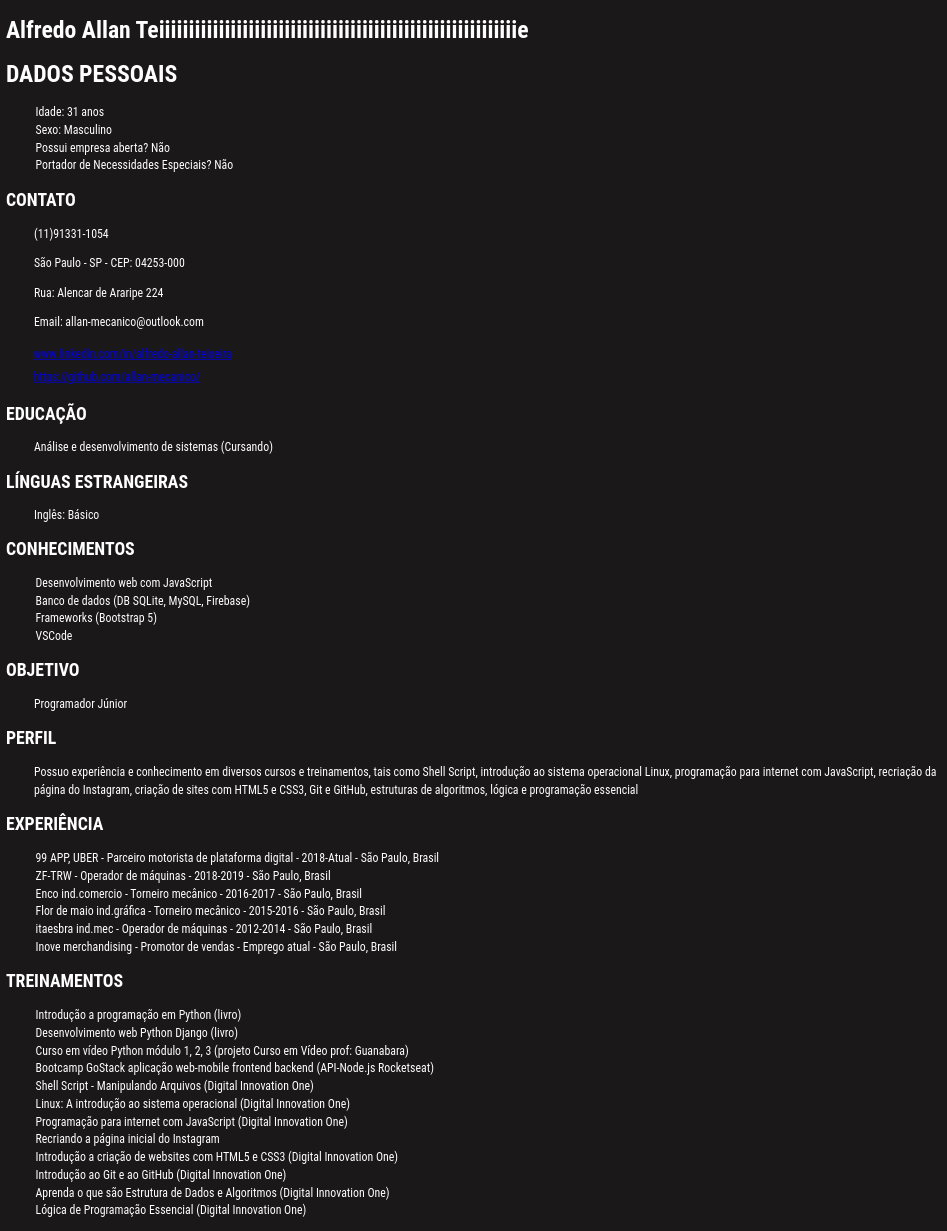
Repository: alfredo-allan/Portfolio
Page: curriculo.html
An editor plug-in stored every save of this project. The page is shown before and after the next save, followed by the edit.
The browser window is 1280 px wide. The pictures show the whole page, at 74% of full size.

Above is the page before, as saved 2024-03-20 15:20:38.

After the next save:
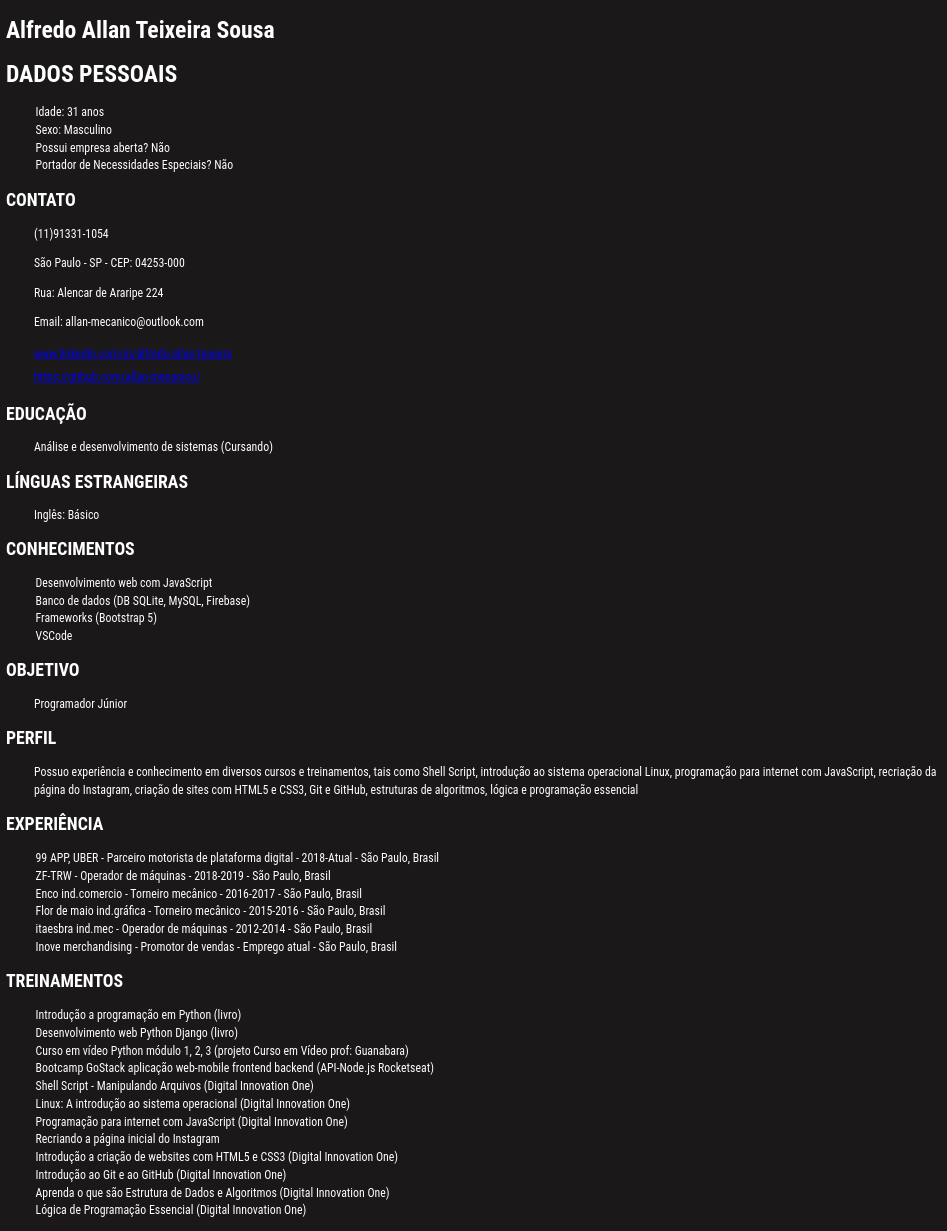
Saved 8 s later.
--- a/curriculo.html
+++ b/curriculo.html
@@ -10,7 +10,7 @@
 </head>
 
 <body>
-  <h1>Alfredo Allan Teiiiiiiiiiiiiiiiiiiiiiiiiiiiiiiiiiiiiiiiiiiiiiiiiiiiiiiiiiiiie</h1>
+  <h1>Alfredo Allan Teixeira Sousa</h1>
 	<h1>DADOS PESSOAIS</h1>
 	<ul>
 		<li>Idade: 31 anos</li>
